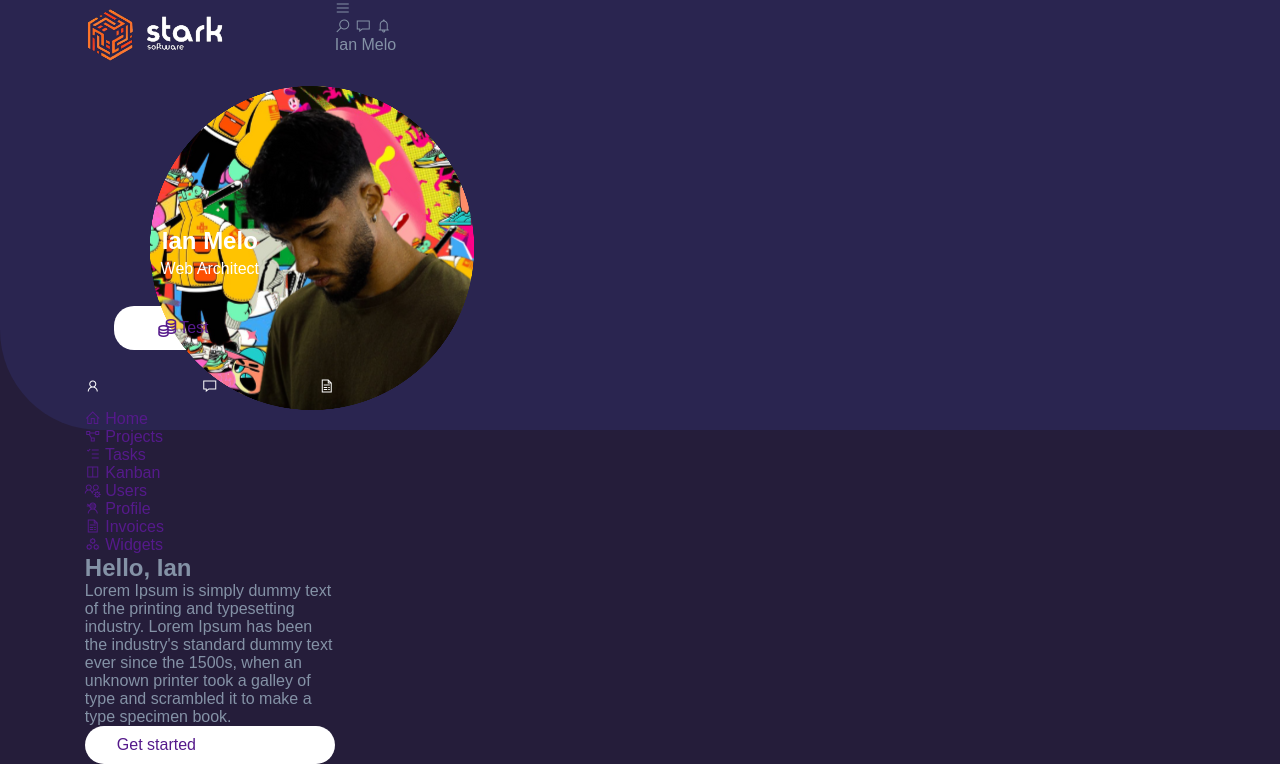
Repository: ichumbo/StarkDashboard
Page: index.html
An editor plug-in stored every save of this project. The page is shown before and after the next save, followed by the edit.
The browser window is 1280 px wide. The pictures show the whole page.
Pictures or frames that could not be fetched are drawn as grey boxes.

Above is the page before, as saved 2023-06-06 16:47:29.

### index.html
<!DOCTYPE html>
<html lang="pt-br">
<head>

    <meta charset="UTF-8">
    <meta http-equiv="X-UA-Compatible" content="IE=edge">
    <meta name="viewport" content="width=device-width, initial-scale=1.0">
    <title>Stark</title>
    <!--CSS-->
    <link rel="stylesheet" href="css/style.css">
    <!--Icons-->
    <link rel="stylesheet" href="https://maxst.icons8.com/vue-static/landings/line-awesome/font-awesome-line-awesome/css/all.min.css">
    <link rel="stylesheet" href="https://maxst.icons8.com/vue-static/landings/line-awesome/line-awesome/1.3.0/css/line-awesome.min.css">

</head>
<body>
    <div class="page-wrapper">
        <input type="checkbox" name="" id="menu-toggle">

        <div class="sidebar">
            <div class="brand">
                <img src="./img/blackicon.png" alt="stark" class="icon-header">
            </div>

            <div class="profile-card">
                <div class="profile-img">
                    <img src="/img/iconphoto.png" alt="Perfil">
                </div>
                <div class="profile-info">
                    <h2>Ian Melo</h2>
                    <small>Web Architect</small>
                </div>
                <div class="profile-action">
                    <a href="" class="btn btn-white">
                        <span class="las la-coins"></span>
                        Test
                    </a>
                </div>
                <div class="profile-icons">
                    <span class="las la-user"></span>
                    <span class="las la-comment-alt"></span>
                    <span class="las la-file-invoice"></span>
                </div>
            </div>

            <!--Menu-->

            <div class="sidebar-menu">
                <div class="menu-item">
                    <a href="">
                        <span class="las la-home"></span>
                        <span>Home</span>
                    </a>
                </div>

                <div class="menu-item">
                    <a href="">
                        <span class="las la-project-diagram"></span>
                        <span>Projects</span>
                    </a>
                </div>

                <div class="menu-item">
                    <a href="" class="action">
                        <span class="las la-tasks"></span>
                        <span>Tasks</span>
                    </a>
                </div>

                <div class="menu-item">
                    <a href="">
                        <span class="las la-columns"></span>
                        <span>Kanban</span>
                    </a>
                </div>

                <div class="menu-item">
                    <a href="">
                        <span class="las la-users-cog"></span>
                        <span>Users</span>
                    </a>
                </div>

                <div class="menu-item">
                    <a href="">
                        <span class="las la-user-ninja"></span>
                        <span>Profile</span>
                    </a>
                </div>

                <div class="menu-item">
                    <a href="">
                        <span class="las la-file-invoice"></span>
                        <span>Invoices</span>
                    </a>
                </div>

                <div class="menu-item">
                    <a href="">
                        <span class="las la-cogs"></span>
                        <span>Widgets</span>
                    </a>
                </div>

            </div>

            <!--Cards-->
            <div class="sidebar-card">
                <h2>Hello, Ian</h2>
                <p>Lorem Ipsum is simply dummy text of the printing and typesetting industry. Lorem Ipsum has been the industry's standard dummy text ever since the 1500s, when an unknown printer took a galley of type and scrambled it to make a type specimen book.
                </p>
                <a href="" class="btn btn-block btn-white">Get started</a>
            </div>
        </div>

        <!--Header-->
        <div class="main-content">
            <header>
                <label for="menu-toggle">
                    <span class="las la-bars"></span>
                </label>

                <div class="head-icons">
                    <span class="las la-search"></span>
                    <span class="las la-comment-alt"></span>
                    <span class="las la-bell"></span>
                    <div class="head-avartar">
                        <div class="avatar" style="background-image: url(img/1.jpeg)"></div>
                    </div>
                    <span>Ian Melo</span>
                </div>
            </header>

            <!--Main-->
            <main>

            </main>
        </div>
    </div>
</body>
</html>

### css/style.css
@import url(./global.css);
@import url(./color.css);
@import url(./sidebar.css);

/*------------------------------------------------------------------------------------------------------------------------------------------*/

#menu-toggle {
    display: none;
}

### css/global.css
@import url('https://fonts.googleapis.com');

* {
    font-family: 'Nunito', sans-serif;
    text-decoration: none;
    list-style-type: none;
    padding: 0;
    margin: 0;
    box-sizing: border-box;
}

body {
    color: var(--main-text);
    background: var(--color-dark-secundary);
}

.icon-header {
    width: 140px;
}

.btn {
    border: none;
    outline: none;
    border-radius: 20px;
    padding: .6rem 2rem;
    display: flex;
    align-items: center;
}

.btn-white {
    background: var(--color-white);
}

.btn span {
    font-size: 1.5rem;
    display: inline-block;
    margin-left: .6rem;
}

.page-wrapper {
    width: 93%;
    margin: auto;
    display: flex;
}

.page-wrapper::before {
    content: "";
    width: 100%;
    height: 430px;
    position: absolute;
    left: 0;
    top: 0;
    background: var(--color-dark);
    z-index: -1;
    border-radius: 0px 0px 0px 100px;
}

### css/color.css
:root {
    --color-main: #FC4F00;
    --color-secondary: #FFB100;
    --color-dark: #2A2550;
    --color-dark-secundary: #251D3A;
    --bg-body: #F8F8FB;
    --color-white: #FFFFFF;
    --main-accent: #DC8449;
    --main-text: #8492A6;
    --success: #28A745;
    --danger: #DC3545;
    --shadow: rgba(0, 0, 0, 0.15) 0px 2px 8px;
}

### css/sidebar.css
.sidebar {
    width: 250px;
    margin-left: 40px;
}

.brand {
    height: 70px;
    display: flex;
    align-items: center;
}

.brand h3 {
    font-size: 1.8rem;
    color: var(--color-white);
}

/*-----------------------------------------------PROFILE----------------------------------------------*/

.profile-card {
    text-align: center;
    margin: 1rem 0rem;
}

.profile-img {
    height: 120px;
    width: 120px;
    border-radius: 50%;
    margin: auto;
    background-size: cover;
    background-repeat: no-repeat;
    margin-bottom: 1.3rem;
}

.profile-info {
    color: var(--color-white);
    margin-bottom: 1rem;
}

.profile-info h2 {
    margin-bottom: .3rem;
}

.profile-info small {
    font-size: 1rem;
}

.profile-action {
    margin: 1.8rem;
}

.profile-icons {
    display: flex;
    justify-content: space-between;
    align-items: center;
}

.profile-icons span {
    display: inline-block;
    color: var(--color-white);
    font-size: 1rem;
}

After the next save:
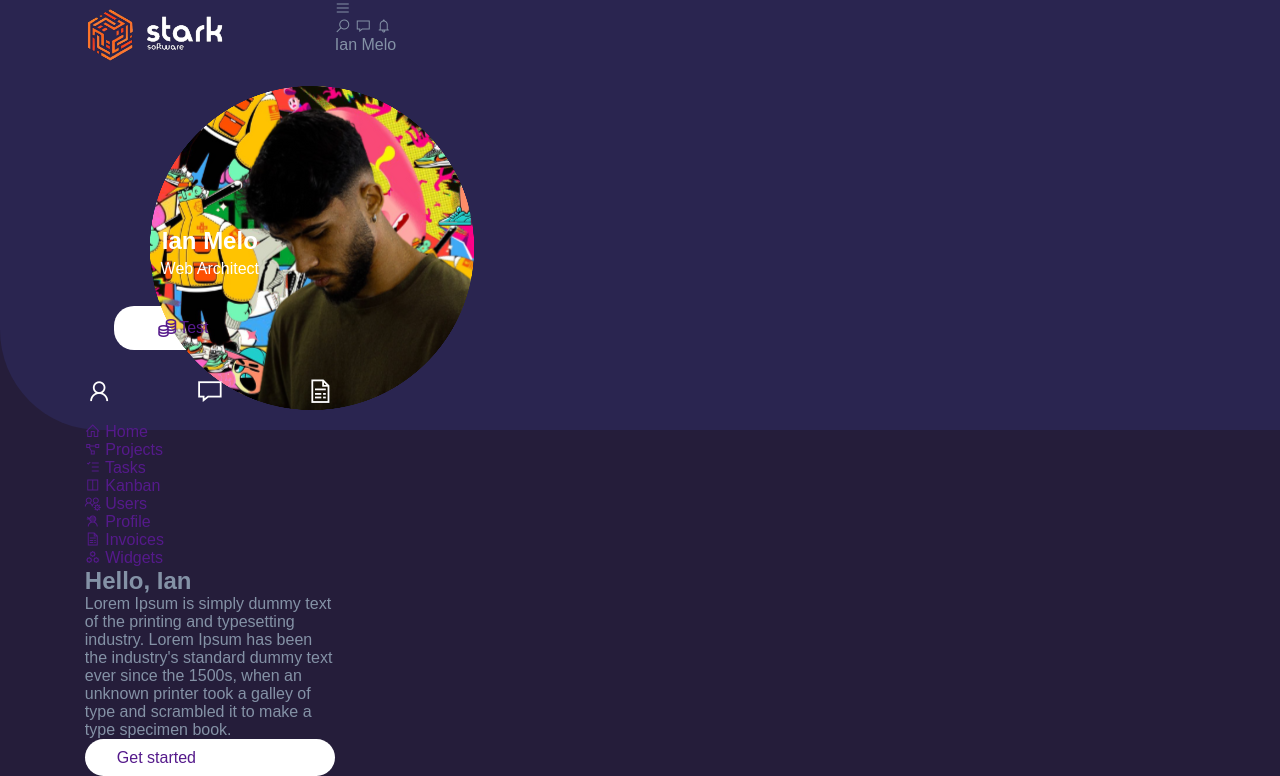
Saved 88 s later.
--- a/css/sidebar.css
+++ b/css/sidebar.css
@@ -57,5 +57,5 @@
 .profile-icons span {
     display: inline-block;
     color: var(--color-white);
-    font-size: 1rem;
+    font-size: 1.8rem;
 }
